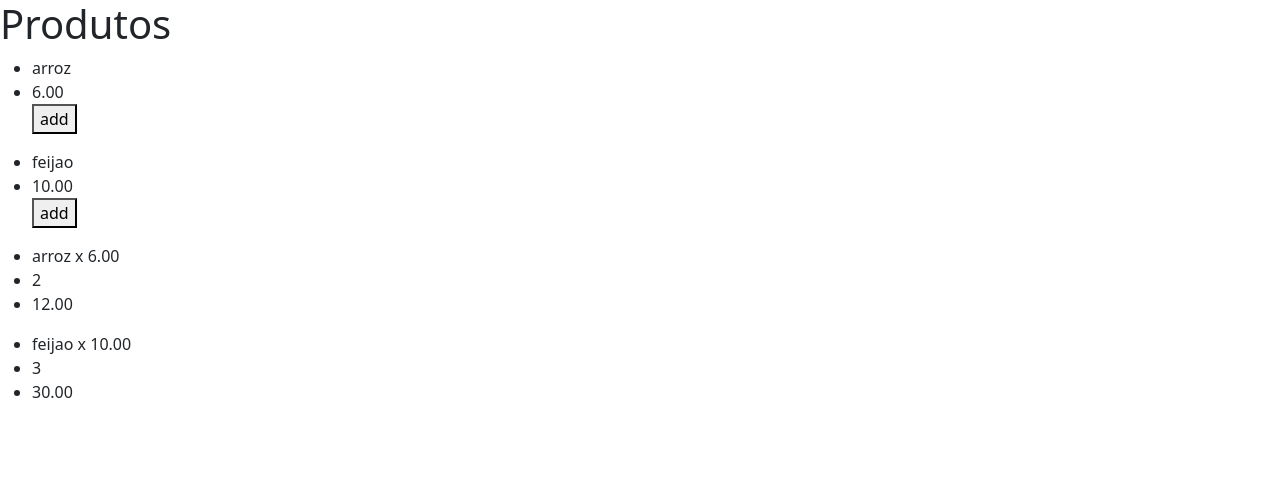
Repository: joaobatistafrontend/test-venda
Page: http://localhost/
The author's editor kept a copy of each file at every save. The page is drawn from the files as they stood at one save, then again after a run of saves.
The browser window is 1280 px wide. The pictures show the whole page.
The page is served by the project's application, run on Django 4.2 (manage.py). Other server files are loaded and not shown. The page reads the database file committed with the project.

Above is the page before, as saved 2024-09-22 01:34:09.

### templates/index.html
<!DOCTYPE html>
<html lang="en">
<head>
    <meta charset="UTF-8">
    <meta name="viewport" content="width=device-width, initial-scale=1.0">
    <title>Document</title>
    <link href="https://cdn.jsdelivr.net/npm/bootstrap@5.3.3/dist/css/bootstrap.min.css" rel="stylesheet" integrity="sha384-QWTKZyjpPEjISv5WaRU9OFeRpok6YctnYmDr5pNlyT2bRjXh0JMhjY6hW+ALEwIH" crossorigin="anonymous">
</head>
<body>
    <h1>Produtos</h1>
    <div id="custom-alert" style="display: none; position: fixed; top: 20px; right: 20px; background-color: #4CAF50; color: white; padding: 15px; border-radius: 5px; z-index: 1000;"></div>

    {% for p in produtos %}
        <ul>
            <li>{{ p.nome }}</li>
            <li>{{ p.valor }}</li>

            <form action="{% url 'adicionar_ao_carrinho' p.id %}" method="post" style="display: inline;" class="add-to-cart-form" id="form-{{ produto.id }}">
                {% csrf_token %}
                <button type="submit" class="btn-default add-to-cart-btn">
                    add
                </button>

            </form>
        </ul>
    {% endfor %}
    {% for p in carinho %}
        <ul>
            <li>{{ p.produto }}</li>
            <li>{{ p.quantidade }}</li>
            <li>{{ p.preco_total }}</li>
        </ul>
    {% endfor %}
</body>
</html>

### core/models.py
from django.db import models
from django.db.models import Max
from decimal import Decimal
from django.db.models.signals import pre_save
from django.dispatch import receiver
from datetime import date
from django.utils import timezone


class NovaCategoria(models.Model):
    nome = models.CharField(max_length=100)
    def __str__(self) -> str:
        return f'{self.nome}'


class Produto(models.Model):
    nome = models.CharField(max_length=100, blank=True, null=True)
    valor = models.DecimalField(max_digits=10, decimal_places=2, blank=True, null=True)
    tipo_categoria = models.ForeignKey(NovaCategoria, on_delete=models.CASCADE)

    def __str__(self):
        return f"{self.nome} x {self.valor}"


class ItemDoCarrinho(models.Model):
    produto = models.ForeignKey(Produto, on_delete=models.CASCADE)
    quantidade = models.PositiveIntegerField(default=0)
    preco_total = models.DecimalField(max_digits=10, decimal_places=2, null=True, blank=True)

    def save(self, *args, **kwargs):
        # Calcula o preço total do item no carrinho com base no valor do produto
        self.preco_total = self.produto.valor * self.quantidade
        super(ItemDoCarrinho, self).save(*args, **kwargs)

    def __str__(self):
        return f"{self.quantidade} x {self.produto.nome}"

class Carrinho(models.Model):

    produto = models.ForeignKey(Produto, on_delete=models.CASCADE)
    quantidade = models.IntegerField(default=1)

    def save(self, *args, **kwargs):
        # Calcula o preço total do item no carrinho com base no valor do produto
        self.preco_total = self.produto.valor * self.quantidade
        super(Carrinho, self).save(*args, **kwargs)

    def __str__(self):
        return f"{self.quantidade} x {self.produto.nome}"


class Venda(models.Model):
    numero_venda = models.IntegerField()  # Número da venda por empresa
    data_venda = models.DateField(default=date.today)  # Data da venda

    def __str__(self):
        return f"Venda #{self.numero_venda} - {self.data_venda}"

class VendaDoProduto(models.Model):
    venda = models.ForeignKey(Venda, on_delete=models.CASCADE, related_name='itens', blank=True, null=True)
    produto = models.ForeignKey(Produto, on_delete=models.CASCADE)
    qtd = models.IntegerField(blank=True, null=True)
    data_venda = models.DateField()  # Remova auto_now_add=True
    total = models.DecimalField(max_digits=10, decimal_places=2, blank=True, null=True)

    def __str__(self):
        return f"Venda {self.venda} - Produto {self.produto.nome} - {self.qtd} unidades - Total: R${self.total} - Data {self.data_venda}"




# Função que será chamada antes de salvar uma instância de VendaDoProduto
@receiver(pre_save, sender=VendaDoProduto)
def update_total(sender, instance, **kwargs):
    # Verifica se o produto e a quantidade não são nulos e calcula o total
    if instance.produto.valor and instance.qtd:
        instance.total = instance.produto.valor * instance.qtd
    else:
        instance.total = 0  # Define total como 0 se valor ou qtd forem nulos

### core/views.py
from typing import Any
from django.http.response import HttpResponse as HttpResponse
from django.shortcuts import render
from .models import *
from django.views.generic import TemplateView
from django.shortcuts import render
from django.views.generic import TemplateView,CreateView,View,ListView,UpdateView,DeleteView
from django.shortcuts import render,redirect,HttpResponse
from django.urls import reverse_lazy
from django.dispatch import receiver
from django.contrib import messages
from django.shortcuts import render, get_object_or_404
from decimal import Decimal
from urllib.parse import urlencode
from django.http import HttpRequest
from django.db.models import Q

class IndexView(TemplateView):
    template_name = 'index.html'
    def get(self, request):
        produtos = Produto.objects.all()
        carinho =  ItemDoCarrinho.objects.all()

        return render(request, self.template_name, {'produtos':produtos, 'carinho': carinho})



def adicionar_ao_carrinho(request, produto_id):
    if request.method == 'POST':
        produto = get_object_or_404(Produto, pk=produto_id)

        # Verifica se já existe um item do carrinho para este produto
        item, created = ItemDoCarrinho.objects.get_or_create(produto=produto, defaults={'quantidade': 0})

        # Se o item já existe, incrementa a quantidade
        if not created:
            item.quantidade += 1
        else:
            item.quantidade = 1  # Se o item foi criado agora, inicializa a quantidade como 1

        # Calcula o preço total do item no carrinho com base no valor do produto
        item.preco_total = item.quantidade * produto.valor
        item.save()
        return redirect('index')
    else:
        return redirect('index')

### venda/urls.py
"""
URL configuration for venda project.

The `urlpatterns` list routes URLs to views. For more information please see:
    https://docs.djangoproject.com/en/4.2/topics/http/urls/
Examples:
Function views
    1. Add an import:  from my_app import views
    2. Add a URL to urlpatterns:  path('', views.home, name='home')
Class-based views
    1. Add an import:  from other_app.views import Home
    2. Add a URL to urlpatterns:  path('', Home.as_view(), name='home')
Including another URLconf
    1. Import the include() function: from django.urls import include, path
    2. Add a URL to urlpatterns:  path('blog/', include('blog.urls'))
"""
from django.contrib import admin
from django.urls import path, include

urlpatterns = [
    path('admin/', admin.site.urls),
    path('', include('core.urls')),
]

### core/urls.py
from django.urls import path
from .views import *
urlpatterns = [
    path('', IndexView.as_view(), name='index'),
    path('adicionar/<int:produto_id>/', adicionar_ao_carrinho, name='adicionar_ao_carrinho'),

]

### db.sqlite3 (the tables this page reads, as SQL)
CREATE TABLE "core_itemdocarrinho" ("id" integer NOT NULL PRIMARY KEY AUTOINCREMENT, "quantidade" integer unsigned NOT NULL CHECK ("quantidade" >= 0), "preco_total" decimal NULL, "produto_id" bigint NOT NULL REFERENCES "core_produto" ("id") DEFERRABLE INITIALLY DEFERRED);
INSERT INTO "core_itemdocarrinho" VALUES
(26, 2, 12, 1),
(27, 3, 30, 2);

CREATE TABLE "core_produto" ("id" integer NOT NULL PRIMARY KEY AUTOINCREMENT, "nome" varchar(100) NULL, "valor" decimal NULL, "tipo_categoria_id" bigint NOT NULL REFERENCES "core_novacategoria" ("id") DEFERRABLE INITIALLY DEFERRED);
INSERT INTO "core_produto" VALUES
(1, 'arroz', 6, 1),
(2, 'feijao', 10, 1);

After the next 3 saves:
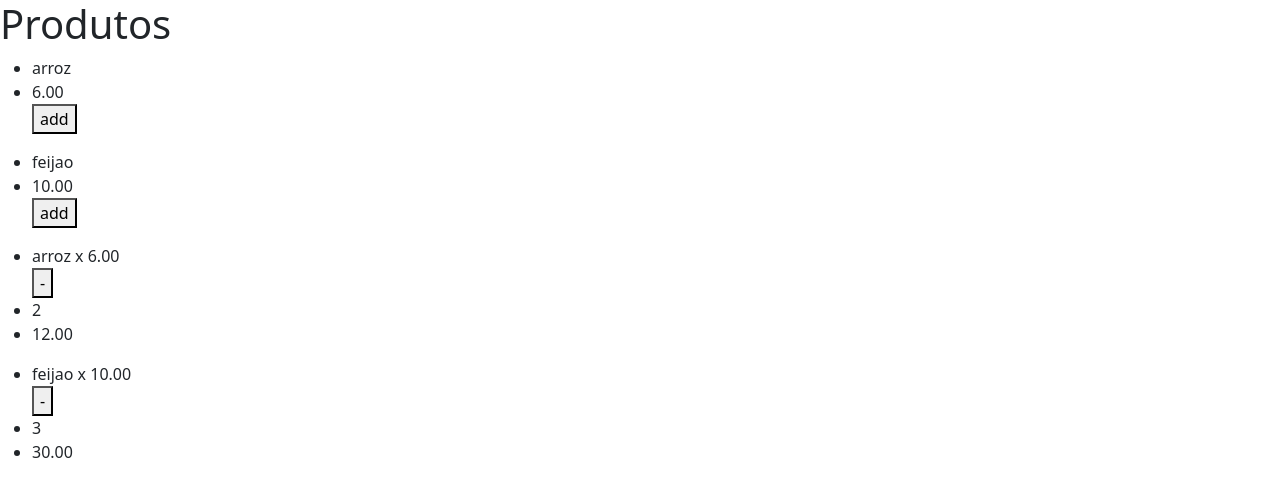
The 3 saves are shown as one change because they came seconds apart.
The last was saved 15 s later.
--- a/templates/index.html
+++ b/templates/index.html
@@ -27,7 +27,9 @@
     {% for p in carinho %}
         <ul>
             <li>{{ p.produto }}</li>
+            <button>-</button>
             <li>{{ p.quantidade }}</li>
+
             <li>{{ p.preco_total }}</li>
         </ul>
     {% endfor %}
